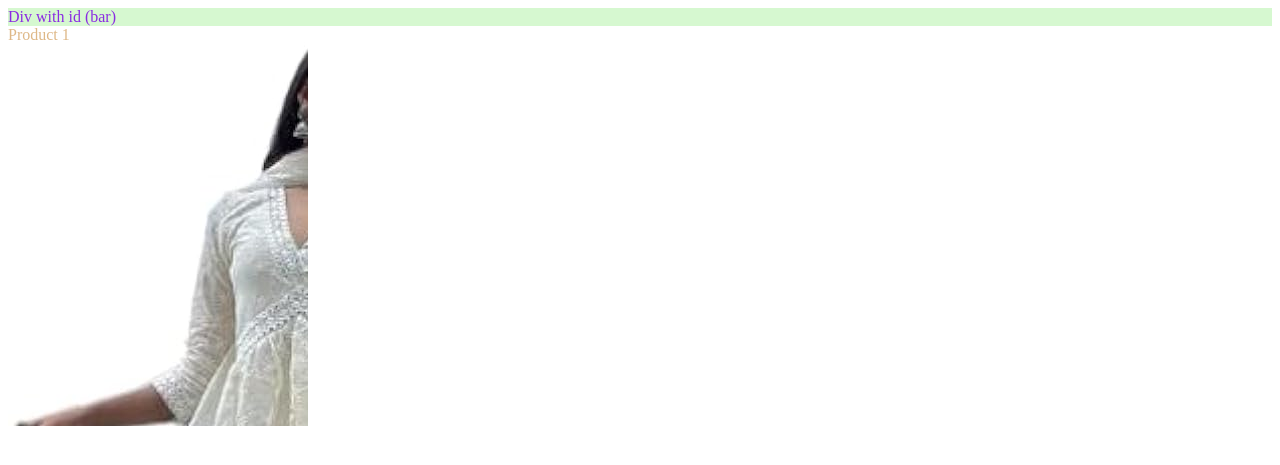
Repository: nihalani20/CSS-by-KG
Page: Practice set/index.html
An editor plug-in stored every save of this project. The page is shown before and after a run of saves, followed by the edit.
The browser window is 1280 px wide. The pictures show the whole page.

Above is the page before, as saved 2023-11-24 18:12:57.

### Practice set/index.html
<!DOCTYPE html>
<html lang="en">
<head>
    <meta charset="UTF-8">
    <meta name="viewport" content="width=device-width, initial-scale=1.0">
    <title>project css level2</title>
<style>

#bar
{

    background-color: rgba(50, 219, 20, 0.2);
    color:blueviolet
}
/* give height as it doesn't know where to start and end */
main{
    color:burlywood;
    height: 500px;
}
#product{
     height: 400px;
     width:300px;
    background-image: url(images/kurt\ image.jpg);
    background-position: center;
    background-repeat: no-repeat;
    background-size: contain;
     background-color: aqua;

    background: aqua url(images/kurt\ image.jpg)
}
</style>
</head>
<body>
    <header><div id="bar">Div with id (bar)</div></header>

    <main>
        <div id="product">Product 1</div>
    </main>




</body>
</html>

After the next 5 saves:
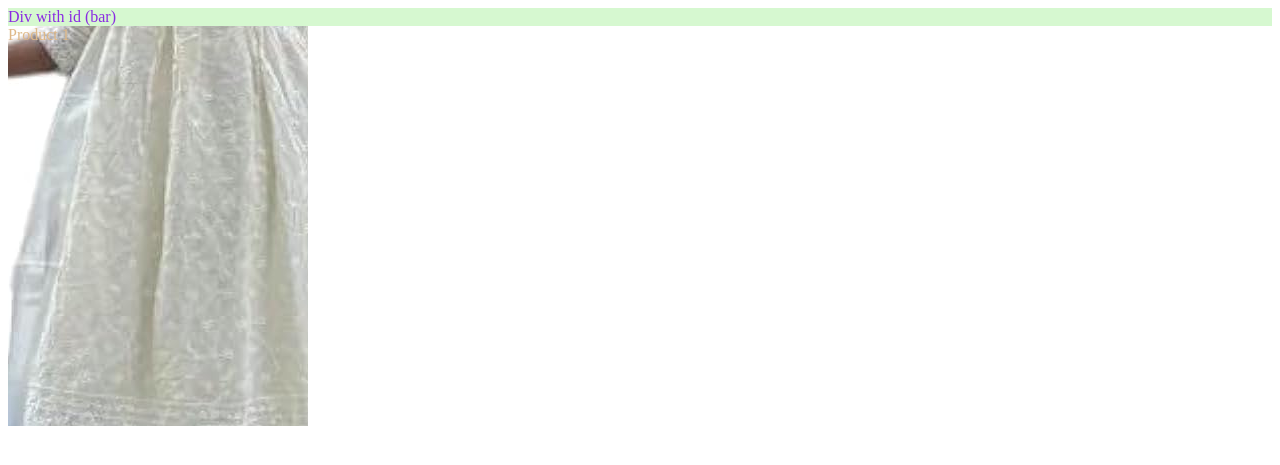
The 5 saves are shown as one change because they came seconds apart.
The last was saved 13 s later.
--- a/Practice set/index.html
+++ b/Practice set/index.html
@@ -26,7 +26,8 @@ main{
     background-size: contain;
      background-color: aqua;
 
-    background: aqua url(images/kurt\ image.jpg)
+    background: aqua url(images/kurt\ image.jpg) center
+    no-repeat
 }
 </style>
 </head>
